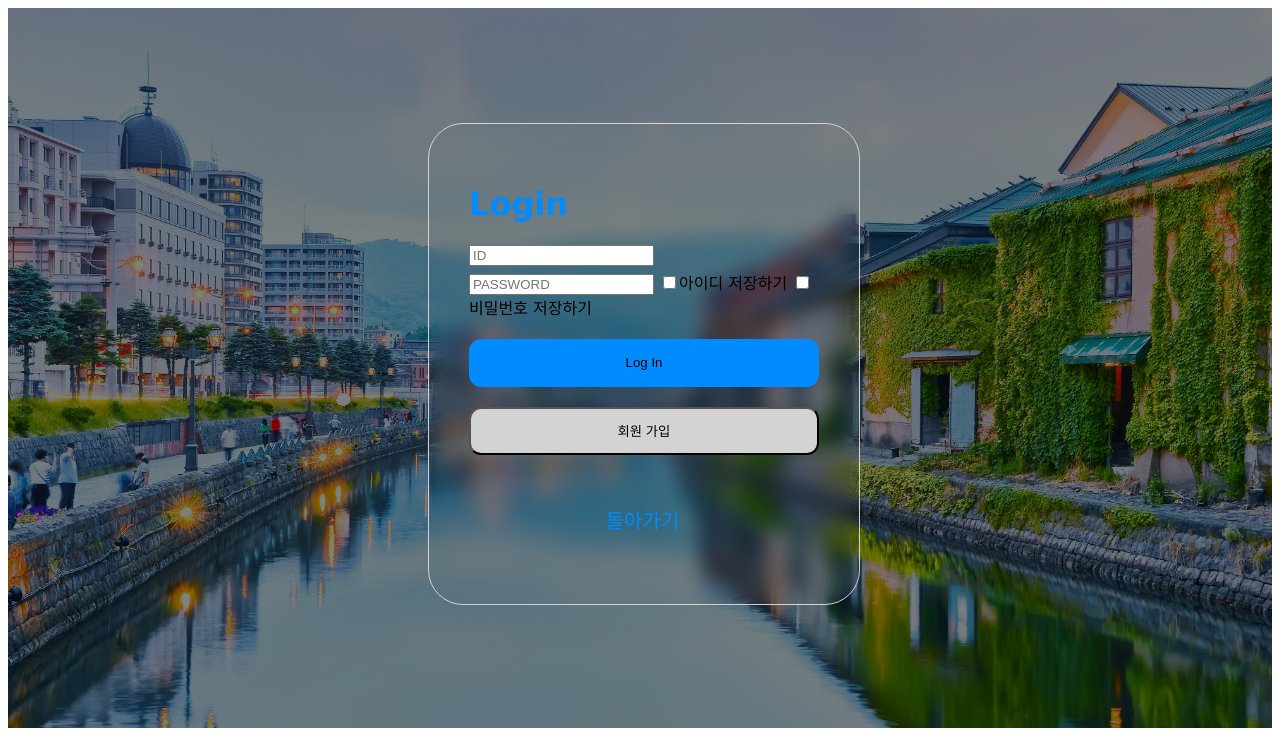
Repository: ExiNni/Travel-Project
Page: http://localhost/project_login/login.jsp
These files come from the project's save history. The page is drawn as it stood at one moment and after the next save; the edit follows.
The browser window is 1280 px wide. The pictures show the whole page.
The page is served by Tomcat 9.

Above is the page before, as saved 2023-11-08 02:16:56.

After the next save:
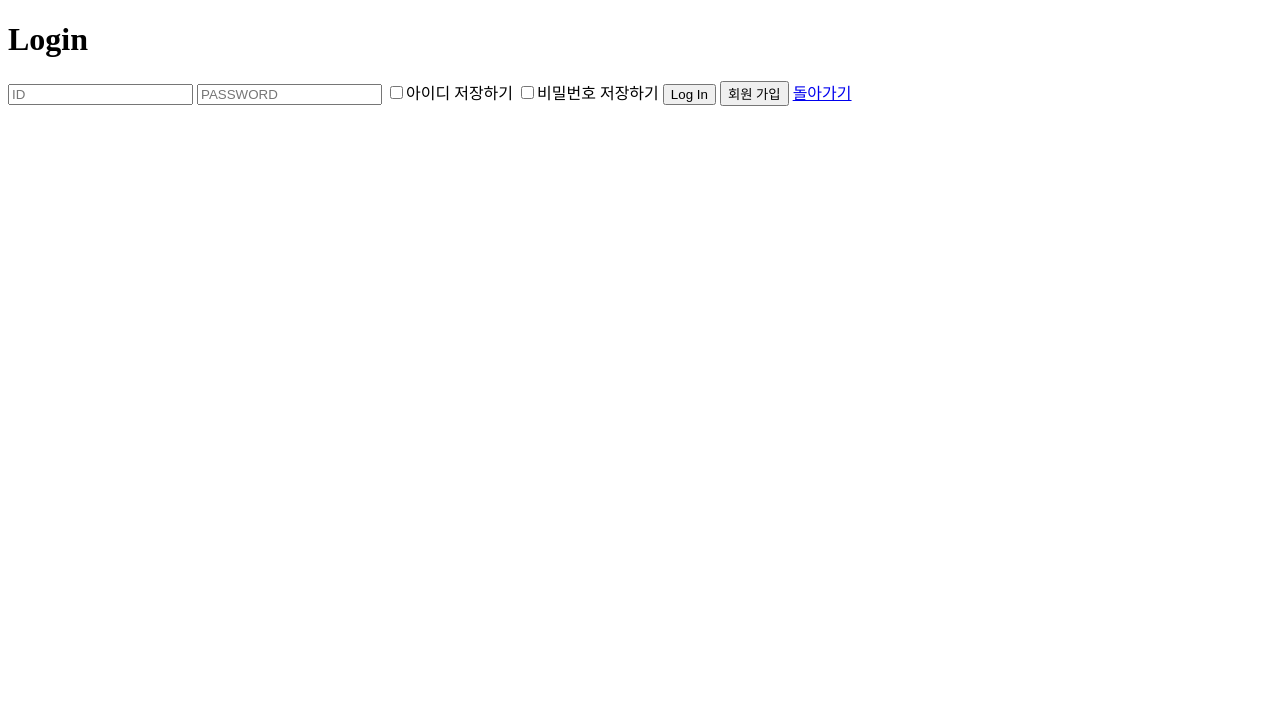
Saved 76 s later.
--- a/project_login/src/main/webapp/login.jsp
+++ b/project_login/src/main/webapp/login.jsp
@@ -1,29 +1,30 @@
 <%@ page language="java" contentType="text/html; charset=EUC-KR"
-	pageEncoding="EUC-KR"%>
+    pageEncoding="EUC-KR"%>
 <!DOCTYPE html>
 <html>
 <head>
 <meta charset="EUC-KR">
 <title>로그인</title>
-<link rel="stylesheet" href="login.css">
+<link rel="stylesheet" href="">
 </head>
 <body>
-	<form action="LoginServlet" method="post">
-		<header>
-			<div class="total">
-				<h1>Login</h1>
-				<div class="login-form">
-					<input type="text" id="user_id" placeholder="ID"> <input
-						type="password" id="user_pw" placeholder="PASSWORD"> <input
-						type="checkbox" id="check">아이디 저장하기 <input type="checkbox"
-						id="passCheck">비밀번호 저장하기 <input type="submit" id="btn"
-						value="Log In"> <input type="button"
-						onclick="location.href='#' " id="btn2" value="회원 가입">
-				</div>
-				<a href="../메인페이지/mainPage.html" class="back">돌아가기</a>
+<form action = "LoginServlet" method="post">
 
-			</div>
-		</header>
-	</form>
+	<header>
+        <div class="total">
+            <h1>Login</h1>
+            <form id="login-form">
+                <input type="text" id="user_id" placeholder="ID">
+                <input type="password" id="user_pw" placeholder="PASSWORD">
+                <input type="checkbox" id="check">아이디 저장하기
+                <input type="checkbox" id="passCheck">비밀번호 저장하기
+                <input type="submit" id="btn" value="Log In">
+                <input type="button" onclick="location.href='#' " id="btn2" value="회원 가입" >
+            </form>
+            <a href="../메인페이지/mainPage.html" class="back">돌아가기</a>
+
+        </div>
+    </header>
+</form>
 </body>
 </html>
